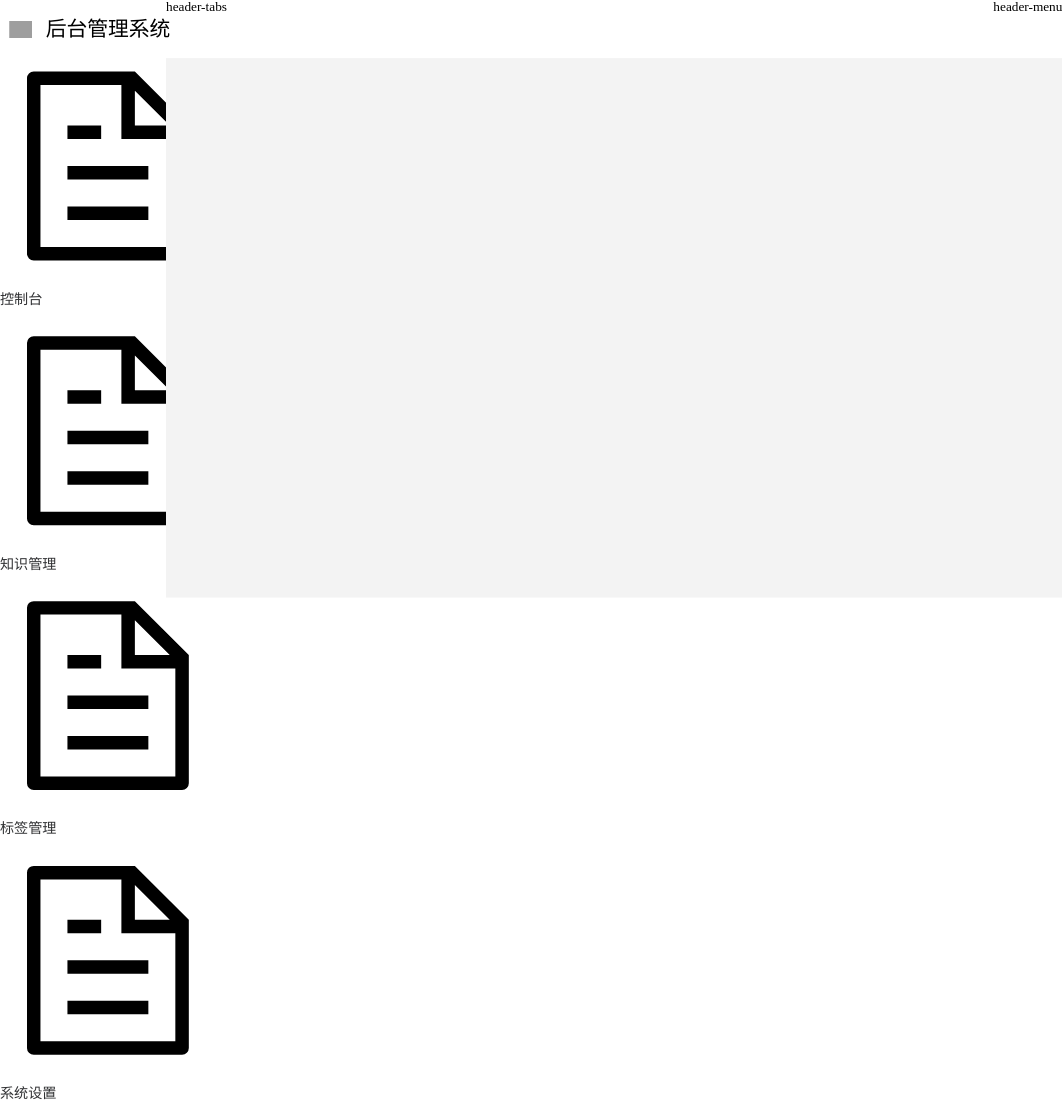
Repository: serrrN/vue-vite-template
Page: /
An editor plug-in stored every save of this project. The page is shown before and after the next save, followed by the edit.
The browser window is 1280 px wide. The pictures show the whole page, at 83% of full size.
Pictures or frames that could not be fetched are drawn as grey boxes. The project was rebuilt for these pictures with package versions that can differ from the ones it lists, and the page was loaded fresh each time. Also part of the build but not shown: vite.config.ts, src/styles/index.scss.

Above is the page before, as saved 2024-06-02 16:16:42.

After the next save:
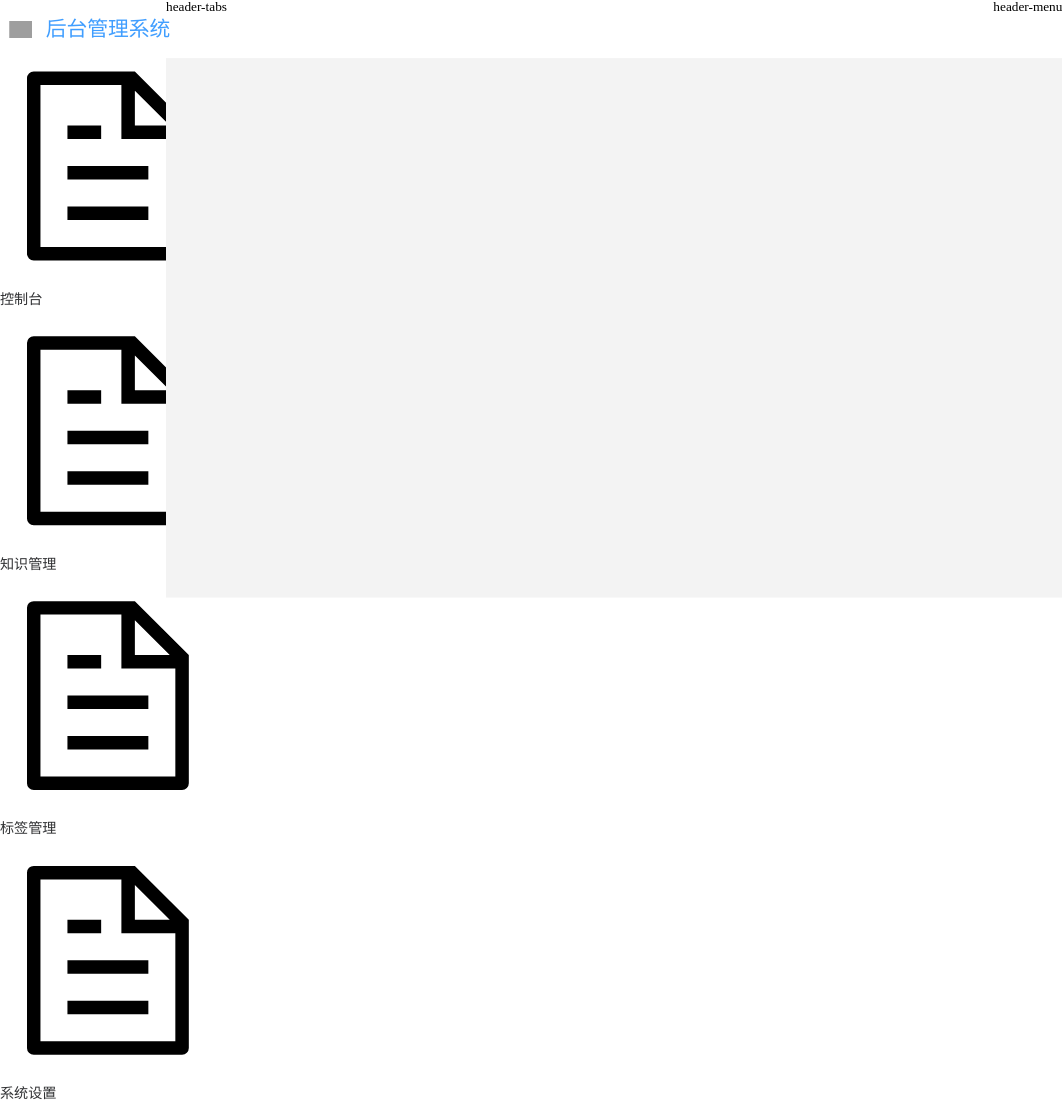
Saved 25 s later.
--- a/src/layout/menu/index.vue
+++ b/src/layout/menu/index.vue
@@ -72,6 +72,7 @@ const handleClose = (key: string, keyPath: string[]) => {
       text-align: center;
       font-size: 25px;
       width: 160px;
+      color:rgb(64, 158, 255);
     }
     .fold-icon-wrapped{
       width: 50px;
